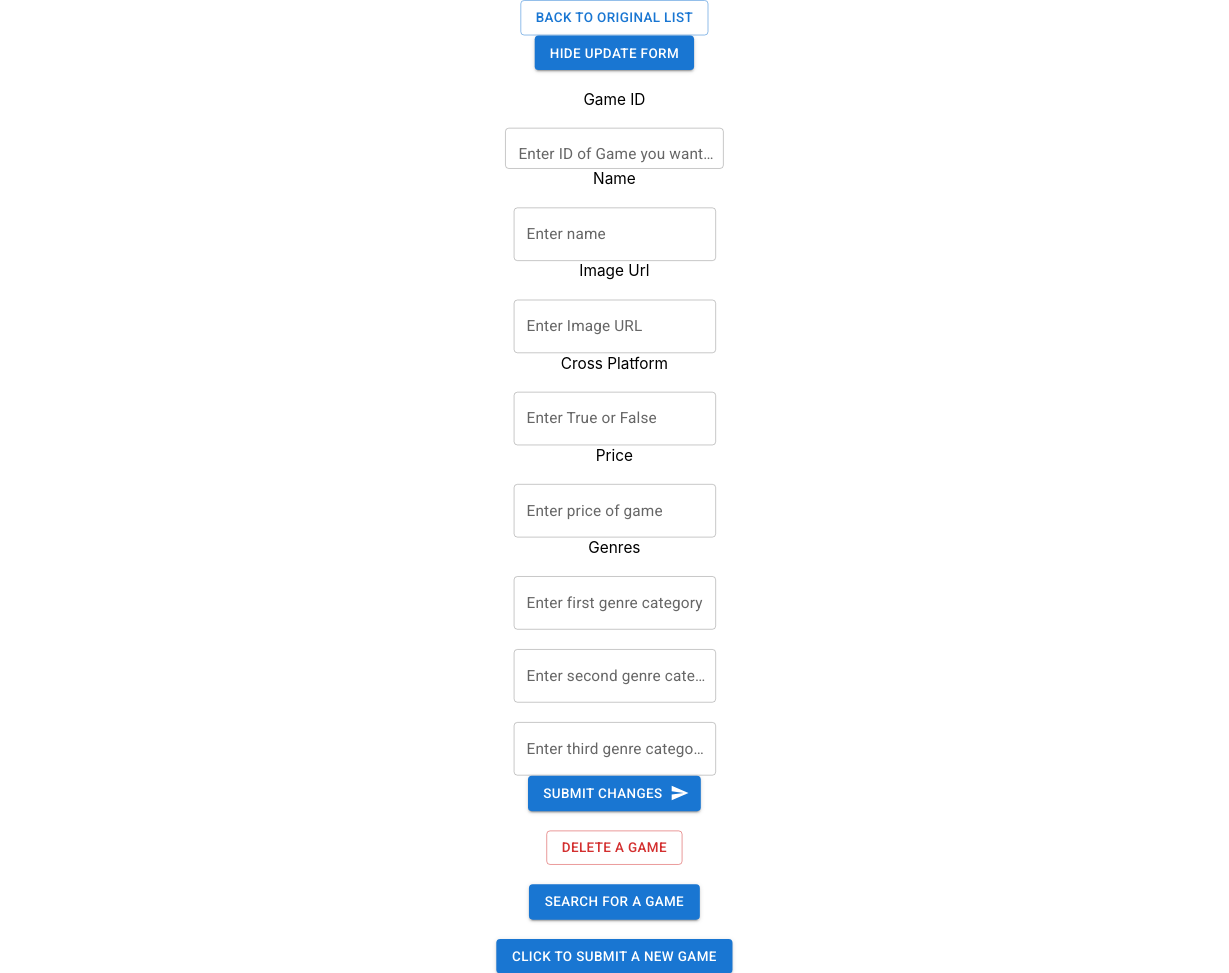
Repository: The-Software-Guild/assessment-2-react-nj10deadend
Page: / (app in Part-2/React-section/frontend/), after clicking the first element matching `button.MuiButton-contained`
The author's editor kept a copy of each file at every save. The page is drawn from the files as they stood at one save, then again after the next save.
The browser window is 1280 px wide. The pictures show the whole page, at 96% of full size.
The page's requests for data from a server got no answer. The project was rebuilt for these pictures with package versions that can differ from the ones it lists, and the page was loaded fresh each time. No one was signed in, and anything a server would have sent is missing. Also part of the build but not shown: Part-2/React-section/frontend/src/components/GameCards.js.

Above is the page before, as saved 2021-12-19 22:48:51.

### Part-2/React-section/frontend/public/index.html
<!DOCTYPE html>
<html lang="en">
  <head>
    <meta charset="utf-8" />
    <link rel="icon" href="%PUBLIC_URL%/favicon.ico" />
    <meta name="viewport" content="width=device-width, initial-scale=1" />
    <meta name="theme-color" content="#000000" />
    <meta name="viewport" content="initial-scale=1, width=device-width" />
    <meta
      name="description"
      content="Web site created using create-react-app"
    />
    <link rel="apple-touch-icon" href="%PUBLIC_URL%/logo192.png" />
    <!--
      manifest.json provides metadata used when your web app is installed on a
      user's mobile device or desktop. See https://developers.google.com/web/fundamentals/web-app-manifest/
    -->
    <link rel="manifest" href="%PUBLIC_URL%/manifest.json" />
    <!--
      Notice the use of %PUBLIC_URL% in the tags above.
      It will be replaced with the URL of the `public` folder during the build.
      Only files inside the `public` folder can be referenced from the HTML.

      Unlike "/favicon.ico" or "favicon.ico", "%PUBLIC_URL%/favicon.ico" will
      work correctly both with client-side routing and a non-root public URL.
      Learn how to configure a non-root public URL by running `npm run build`.
    -->
    <link
      rel="stylesheet"
      href="https://fonts.googleapis.com/css?family=Roboto:300,400,500,700&display=swap"
    />
    <link
      rel="stylesheet"
      href="https://fonts.googleapis.com/icon?family=Material+Icons"
    />
    <title>React App</title>
  </head>
  <body>
    <noscript>You need to enable JavaScript to run this app.</noscript>
    <div id="root"></div>
    <!--
      This HTML file is a template.
      If you open it directly in the browser, you will see an empty page.

      You can add webfonts, meta tags, or analytics to this file.
      The build step will place the bundled scripts into the <body> tag.

      To begin the development, run `npm start` or `yarn start`.
      To create a production bundle, use `npm run build` or `yarn build`.
    -->
  </body>
</html>

### Part-2/React-section/frontend/src/index.css
body {
  margin: 0;
  font-family: -apple-system, BlinkMacSystemFont, 'Segoe UI', 'Roboto', 'Oxygen',
    'Ubuntu', 'Cantarell', 'Fira Sans', 'Droid Sans', 'Helvetica Neue',
    sans-serif;
  -webkit-font-smoothing: antialiased;
  -moz-osx-font-smoothing: grayscale;
}

code {
  font-family: source-code-pro, Menlo, Monaco, Consolas, 'Courier New',
    monospace;
}

.imgs {
  height: 300px;
  width: 300px;
  border-radius: 5px;
}
.game-cards {
  border-color: lightblue;
  border-style: outset;
}
.divider {
  border-top: 1px dotted lightblue;
}
/* .input-fields {
  height: 10px;
  width: 200px;
} */
#outlined-basic1 {
  height: 10px;
  width: 200px;
}

### Part-2/React-section/frontend/src/App.js
import './App.css';
import Home from './components/Home';
import AddGameForm from './components/AddGameForm';
import GameSearch from './components/GameSearch';
import UpdateGame from './components/UpdateGame';
import DeleteGame from './components/DeleteGame';
import axios from 'axios';
import {useState, useEffect} from 'react';
import Container from '@mui/material/Container';

// import {Container} from '@mui/material';
import Button from '@mui/material/Button';
// import Typography from '@mui/material/Typography';

function App() {

  const [gameData, setGameData] = useState([]);

  function getFetchGameServer () {
    axios.get(`http://localhost:8080/allGames`)
      .then(res => {
        setGameData(res.data)
      })

  }

  useEffect(getFetchGameServer, []);

  return (
    // <div className="App">
    <Container className="App">

      <Button variant="outlined"onClick={getFetchGameServer}>Back to Original List</Button>
      <UpdateGame getFetchGameServer={getFetchGameServer}/>
      <br></br>
      <DeleteGame getFetchGameServer={getFetchGameServer} />
      <br></br>
      <GameSearch setGameData={setGameData}/>
      <br></br>
      <AddGameForm setGameData={setGameData}/>


      <Home gameData={gameData}/>

    </Container>

  );
}

export default App;

### Part-2/React-section/frontend/src/components/Home.js
import GameCards from "./GameCards";


function Home ({gameData}) {

    const renderGameData = gameData.map(eachGame => {
        // console.log(eachGame._id);
        return (
            <GameCards key={eachGame._id} eachGame={eachGame} />
        )
    })
    return (
        <div>
            {renderGameData}

        </div>
    )
}

export default Home;

### Part-2/React-section/frontend/src/components/AddGameForm.js
import {useState, useEffect} from 'react';
import axios from 'axios';
import Button from '@mui/material/Button';
import SendIcon from '@mui/icons-material/Send';
import TextField from '@mui/material/TextField';


function AddGameForm ({setGameData}) {

    const [clicked, setClicked] = useState(false);
    const [submitted, setSubmitted] = useState(false);
    const [name, setName] = useState("");
    const [img, setImg] = useState("");
    const [crossPlatform, setCrossPlatform] = useState("");
    const [price, setPrice] = useState("");
    const [genres, setGenres] = useState(["", "", ""]);
    const buttonText = clicked ? "Hide Submission Form" : "Click to Submit a New Game"

    function postRequest() {
        return axios.post('http://localhost:8080/allGames', {
            name: name,
            img: img,
            cross_platform: crossPlatform,
            price: price,
            genres: genres
        })
        .then(function (response) {
            console.log(response);
            return response.data;
        })
        .catch(function (error) {
            console.log(error);
            return null;
        });
    }

    async function onSubmit(event) {
        event.preventDefault();
        setName("");
        setImg("");
        setCrossPlatform("");
        setPrice("");
        setGenres(["", "", ""]);
        const newGame = await postRequest();
        // console.log(newGame);
        setGameData((oldInfo)=> {
            // console.log(oldInfo)
            return [...oldInfo, newGame]
        })
    }

    return (
        <div>
            <Button variant="contained" onClick={() => {setClicked(!clicked)}}>{buttonText}</Button>
            {clicked && (
                <form onSubmit={onSubmit}>
                <div>
                    <label for="name">Name</label>
                    <br></br>
                    <br></br>
                    <TextField id="outlined-basic2" label="Enter name"
                    variant="outlined"
                    onChange={(event) => {setName(event.target.value)}}
                    value = {name}
                    />
                </div>
                <div>
                    <label for="img">Image Url</label>
                    <br></br>
                    <br></br>
                    <TextField id="outlined-basic3" label="Enter Image URL"
                    variant="outlined"
                    onChange={(event) => {setImg(event.target.value)}}
                    value = {img}
                    />
                </div>
                <div>
                    <label for="cross platform">Cross Platform</label>
                    <br></br>
                    <br></br>
                    <TextField id="outlined-basic4" label="Enter True or False"
                    variant="outlined"
                    onChange={(event) => {setCrossPlatform(event.target.value)}}
                    value = {crossPlatform}
                    />
                </div>
                <div>
                    <label for="price">Price</label>
                    <br></br>
                    <br></br>
                    <TextField id="outlined-basic5" label="Enter price of game"
                    variant="outlined"
                    onChange={(event) => {setPrice(event.target.value)}}
                    value = {price}
                    />
                </div>
                <div>
                    <label for="genres">Genres</label>
                    <br></br>
                    <br></br>
                    <TextField id="outlined-basic6" label="Enter first genre category"
                    variant="outlined"
                    onChange={(event) => {setGenres([event.target.value, genres[1], genres[2]])}}
                    value = {genres[0]}
                    />
                    <br></br>
                    <br></br>
                    <TextField id="outlined-basic7" label="Enter second genre category"
                    variant="outlined"
                    onChange={(event) => {setGenres([genres[0], event.target.value, genres[2] ])}}
                    value = {genres[1]}
                    />
                    <br></br>
                    <br></br>
                    <TextField id="outlined-basic8" label="Enter third genre category"
                    variant="outlined"
                    onChange={(event) => {setGenres([genres[0], genres[1], event.target.value])}}
                    value = {genres[2]}
                    />

                </div>
                <Button variant="contained" endIcon={<SendIcon />} type="submit">Submit new Game</Button>

            </form>
                // <form onSubmit={onSubmit}>
                //     <div>
                //         <label for="name">Name</label>
                //         <br></br>
                //         <input type="text" name="name" placeholder="Enter name" id="name"
                //         value={name} onChange={(event) => {setName(event.target.value)}}/>
                //     </div>
                //     <div>
                //         <label for="img">Image Url</label>
                //         <br></br>
                //         <input type="text" name="img" placeholder="Enter image URL" id="img"
                //         value={img} onChange={(event) => {setImg(event.target.value)}}/>
                //     </div>
                //     <div>
                //         <label for="cross platform">Cross Platform</label>
                //         <br></br>
                //         <input type="text" name="cross platform" placeholder="Enter true or false" id="cross_platform"
                //         value={crossPlatform} onChange={(event) => {setCrossPlatform(event.target.value)}}/>
                //     </div>
                //     <div>
                //         <label for="price">Price</label>
                //         <br></br>
                //         <input type="text" name="price" placeholder="Enter price of game" id="price"
                //         value={price} onChange={(event) => {setPrice(event.target.value)}} />
                //     </div>
                //     <div>
                //         <label for="genres">Genres</label>
                //         <br></br>
                //         <input type="text" name="genre1" placeholder="Enter first genre category" id="genre1"
                //         value={genres[0]} onChange={(event) => {setGenres([event.target.value, genres[1], genres[2]])}}/>
                //         <br></br>
                //         <input type="text" name="genre2" placeholder="Enter second genre category" id="genre2"
                //         value={genres[1]} onChange={(event) => {setGenres([genres[0], event.target.value, genres[2] ])}}/>
                //         <br></br>
                //         <input type="text" name="genre3" placeholder="Enter third genre category" id="genre3"
                //         value={genres[2]} onChange={(event) => {setGenres([genres[0], genres[1], event.target.value])}}/>
                //     </div>
                //     {/* <Button variant="contained" type="submit">Submit new Game</Button> */}
                    // <Button variant="contained" endIcon={<SendIcon />} type="submit">Submit new Game</Button>


                // </form>
            )}


        </div>
    )
}

export default AddGameForm;

### Part-2/React-section/frontend/src/components/GameSearch.js
import {useState} from 'react';
import axios from 'axios';
import Button from '@mui/material/Button';
import TextField from '@mui/material/TextField';



function GameSearch ({setGameData}) {

    const [searchId, setSearchId] = useState("");
    const [clicked, setClicked] = useState(false);

    const searchGameText = clicked ? "Hide Search Form" : "Search for a Game"

    function getFetchOneGame () {
        axios.get(`http://localhost:8080/allGames/${searchId}`)
          .then(res => {
            setGameData([res.data])
        })

    }

    function onSearch(event) {
        event.preventDefault()
        setSearchId("");
        getFetchOneGame();
    }

    return (
        <div>
            <Button variant="contained" onClick={() => {setClicked(!clicked)}}>{searchGameText}</Button>
            {clicked && (
                <form onSubmit={onSearch}>
                    {/* <input type="text" placeholder="Search for game by id..."
                    onChange={(event) => {setSearchId(event.target.value)}}
                    value = {searchId}
                    /> */}
                    <br></br>
                    <TextField id="outlined-basic" label="Search for game by id"
                    variant="outlined"
                    onChange={(event) => {setSearchId(event.target.value)}}
                    value = {searchId}
                    />
                    <br></br>
                    <Button variant="outlined" type="submit">Search</Button>
                </form>
            )}
        </div>
    )
}

export default GameSearch;

### Part-2/React-section/frontend/src/components/UpdateGame.js
import {useState} from 'react';
import axios from 'axios';
import Button from '@mui/material/Button';
import Box from '@mui/material/Box';
import TextField from '@mui/material/TextField';
import SendIcon from '@mui/icons-material/Send';



function UpdateGame ({getFetchGameServer}) {
    const [name, setName] = useState("");
    const [img, setImg] = useState("");
    const [crossPlatform, setCrossPlatform] = useState("");
    const [price, setPrice] = useState("");
    const [genres, setGenres] = useState(["", "", ""]);

    const [clicked, setClicked] = useState(false);
    const [searchId, setSearchId] = useState("");

    const updateButtonText = clicked ? "Hide Update Form" : "Update game details"

    async function patchRequest () {
        await axios.patch(`http://localhost:8080/allGames/update/${searchId}`,  {
            name: name,
            img: img,
            cross_platform: crossPlatform,
            price: price,
            genres: genres
        })
    }

    async function updateChanges (event) {
        event.preventDefault();
        await patchRequest();
        getFetchGameServer();
        setSearchId("");
        setName("");
        setImg("");
        setCrossPlatform("");
        setPrice("");
    }
    return (
        <Box sx={{ borderRadius: '50%' }}>
            <Button variant="contained" onClick={() => {setClicked(!clicked)}}>{updateButtonText}</Button>
                {clicked && (
                    <div>
                        <br></br>
                        <form onSubmit={updateChanges}>
                            <div>
                                <label for="game-id">Game ID</label>
                                <br></br>
                                <br></br>
                                <TextField id="outlined-basic1" label="Enter ID of Game you want to update"
                                variant="outlined"
                                onChange={(event) => {setSearchId(event.target.value)}}
                                value = {searchId}
                                />
                            </div>
                            <div>
                                <label for="name">Name</label>
                                <br></br>
                                <br></br>
                                <TextField id="outlined-basic2" label="Enter name"
                                variant="outlined"
                                onChange={(event) => {setName(event.target.value)}}
                                value = {name}
                                />
                            </div>
                            <div>
                                <label for="img">Image Url</label>
                                <br></br>
                                <br></br>
                                <TextField id="outlined-basic3" label="Enter Image URL"
                                variant="outlined"
                                onChange={(event) => {setImg(event.target.value)}}
                                value = {img}
                                />
                            </div>
                            <div>
                                <label for="cross platform">Cross Platform</label>
                                <br></br>
                                <br></br>
                                <TextField id="outlined-basic4" label="Enter True or False"
                                variant="outlined"
                                onChange={(event) => {setCrossPlatform(event.target.value)}}
                                value = {crossPlatform}
                                />
                            </div>
                            <div>
                                <label for="price">Price</label>
                                <br></br>
                                <br></br>
                                <TextField id="outlined-basic5" label="Enter price of game"
                                variant="outlined"
                                onChange={(event) => {setPrice(event.target.value)}}
                                value = {price}
                                />
                            </div>
                            <div>
                                <label for="genres">Genres</label>
                                <br></br>
                                <br></br>
                                <TextField id="outlined-basic6" label="Enter first genre category"
                                variant="outlined"
                                onChange={(event) => {setGenres([event.target.value, genres[1], genres[2]])}}
                                value = {genres[0]}
                                />
                                <br></br>
                                <br></br>
                                <TextField id="outlined-basic7" label="Enter second genre category"
                                variant="outlined"
                                onChange={(event) => {setGenres([genres[0], event.target.value, genres[2] ])}}
                                value = {genres[1]}
                                />
                                <br></br>
                                <br></br>
                                <TextField id="outlined-basic8" label="Enter third genre category"
                                variant="outlined"
                                onChange={(event) => {setGenres([genres[0], genres[1], event.target.value])}}
                                value = {genres[2]}
                                />

                            </div>
                            <Button variant="contained" endIcon={<SendIcon />} type="submit">Submit Changes</Button>

                        </form>
                    </div>
                )}


        </Box>
    )
}

export default UpdateGame;

### Part-2/React-section/frontend/src/components/DeleteGame.js
import axios from 'axios';
import {useState} from 'react';
import Button from '@mui/material/Button';
import DeleteIcon from '@mui/icons-material/Delete';
import TextField from '@mui/material/TextField';


function DeleteGame ({getFetchGameServer}) {

    const [searchId, setSearchId] = useState("");
    const [clicked, setClicked] = useState(false);

    const deleteText = clicked ? "Hide Delete Form" : "Delete A Game"

    async function deleteGame () {
        await axios.delete(`http://localhost:8080/allGames/delete/${searchId}`)
    }

    async function onSubmit (event) {
        event.preventDefault();
        await deleteGame();
        getFetchGameServer();
        setSearchId("");

    }
    return (
        <div>
            <Button variant="outlined" color="error" onClick={() => {setClicked(!clicked)}}>{deleteText}</Button>
            {clicked && (
                <form onSubmit={onSubmit}>
                    <br></br>
                    <div>
                    <TextField id="outlined-basic" label="Enter ID of Game you want Deleted"
                    variant="outlined"
                    onChange={(event) => {setSearchId(event.target.value)}}
                    value = {searchId}
                    />
                    </div>
                    <br></br>
                    <div>
                        <Button type="submit" variant="outlined" color="error" startIcon={<DeleteIcon />}>Delete Game</Button>
                    </div>
                </form>
            )}

        </div>
    )
}
export default DeleteGame;

Loaded but not shown: Part-2/React-section/frontend/src/index.js (common file); Part-2/React-section/frontend/src/reportWebVitals.js (common file); Part-2/React-section/frontend/src/App.css (common file)

After the next save:
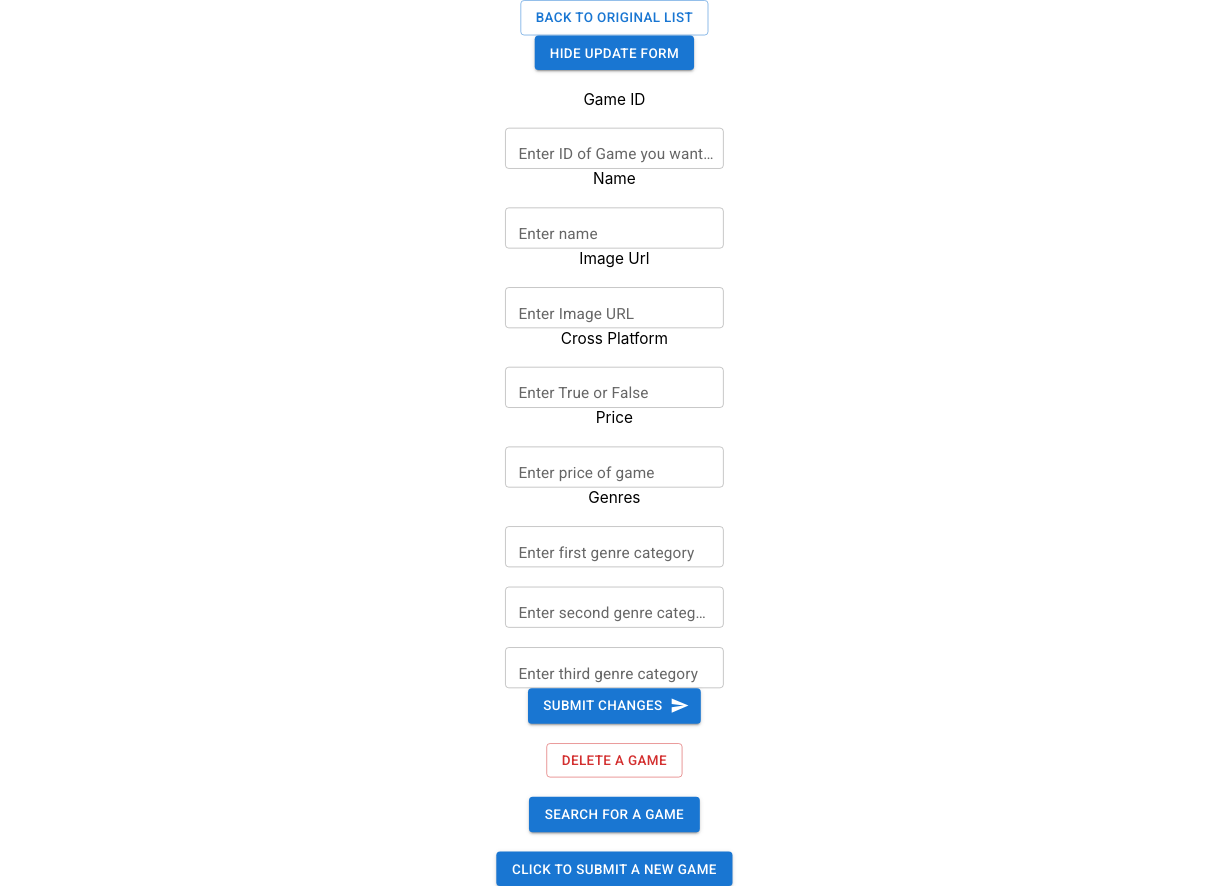
Saved 46 s later.
--- a/Part-2/React-section/frontend/src/index.css
+++ b/Part-2/React-section/frontend/src/index.css
@@ -32,3 +32,31 @@ code {
   height: 10px;
   width: 200px;
 }
+#outlined-basic2 {
+  height: 10px;
+  width: 200px;
+}
+#outlined-basic3 {
+  height: 10px;
+  width: 200px;
+}
+#outlined-basic4 {
+  height: 10px;
+  width: 200px;
+}
+#outlined-basic5 {
+  height: 10px;
+  width: 200px;
+}
+#outlined-basic6 {
+  height: 10px;
+  width: 200px;
+}
+#outlined-basic7 {
+  height: 10px;
+  width: 200px;
+}
+#outlined-basic8 {
+  height: 10px;
+  width: 200px;
+}
